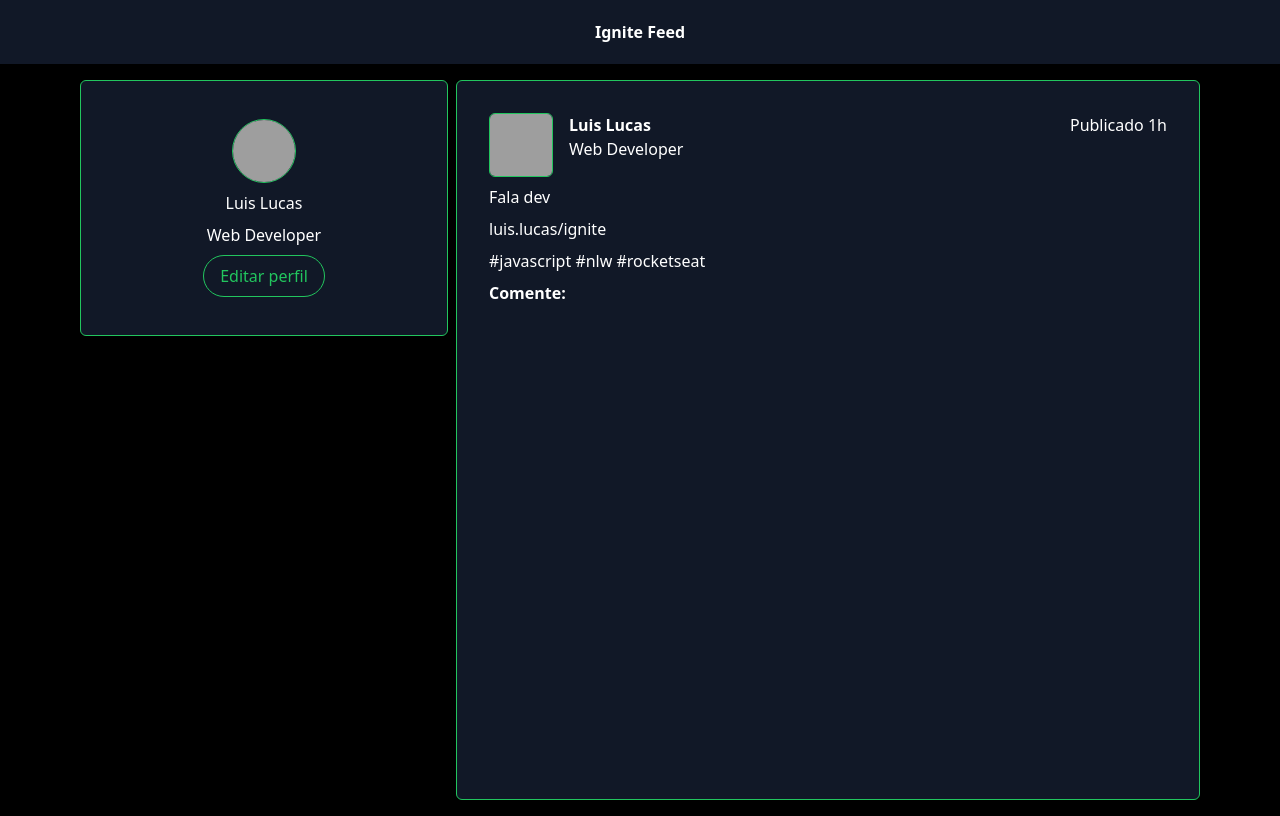
Repository: LuisSempre/ignite-feed
Page: /
The author's editor kept a copy of each file at every save. The page is drawn from the files as they stood at one save, then again after the next save.
The browser window is 1280 px wide. The pictures show the whole page.
Pictures or frames that could not be fetched are drawn as grey boxes. The project was rebuilt for these pictures with package versions that can differ from the ones it lists, and the page was loaded fresh each time. Also part of the build but not shown: vite.config.js.

Above is the page before, as saved 2022-07-13 23:23:10.

### src/App.jsx
import { Header } from "./Components/Header"
import { Sidebar } from "./Components/Sidebar"
import { Post } from "./Components/Post"
function App() {
  return (
    <div>
      <Header />
      <div className="max-w-6xl mx-auto p-4 grid grid-cols-3 gap-2 items-start">
        <Sidebar />
        <div className="col-span-2">
         <Post />
        </div>
      </div>
    </div>
  );
}

export default App;

### src/index.css
@tailwind base;
@tailwind components;
@tailwind utilities;

body {
    @apply bg-black text-white;
}

### src/Components/Header.jsx
export function Header() {
  return (
    <div className="flex items-center justify-center h-16 bg-gray-900 mx-auto w-full">
      <h1 className="font-bold bg-gray-900">Ignite Feed</h1>
    </div>
  )
}

### src/Components/Sidebar.jsx
export function Sidebar() {
  return (
    <div className="rounded-md bg-gray-900 justify-center items-center flex flex-col text-center h-64 space-y-2  border border-green-500">
        <img
          className="w-16 h-16 rounded-full overflow-hidden object-cover border border-green-500"
          src="https://avatars.githubusercontent.com/u/32404639?v=4"
          alt=""
        />
        <h1>Luis Lucas</h1>
        <span>Web Developer</span>
        <a
          href=""
          className="border border-green-500 px-4 py-2 rounded-full text-green-500"
        >
          Editar perfil
        </a>
    </div>
  );
}

### src/Components/Post.jsx
export function Post() {
  return (
    <div className=" bg-gray-900 rounded-md h-screen space-y-2 p-8 border border-green-500">
      <div className="flex justify-between ">
        <div className="flex gap-4">
          <img
            className="h-16 w-16 border border-green-500 rounded-md"
            src="https://github.com/luissempre.png"
            alt=""
          />
          <div className="flex flex-col">
            <strong>Luis Lucas </strong>
            <span>Web Developer</span>
          </div>
        </div>
        <div>
          <time dataTime="2022-05-11 08:13:00">Publicado 1h</time>
        </div>
      </div>
      <div className="space-y-2">
        <p>Fala dev</p>
        <p>luis.lucas/ignite</p>
        <p>#javascript #nlw #rocketseat</p>
      </div>

      <form>
        <strong>Comente:</strong>
      </form>
    </div>
  );
}

Loaded but not shown: index.html (common file); src/main.jsx (common file); tailwind.config.js (common file)

After the next save:
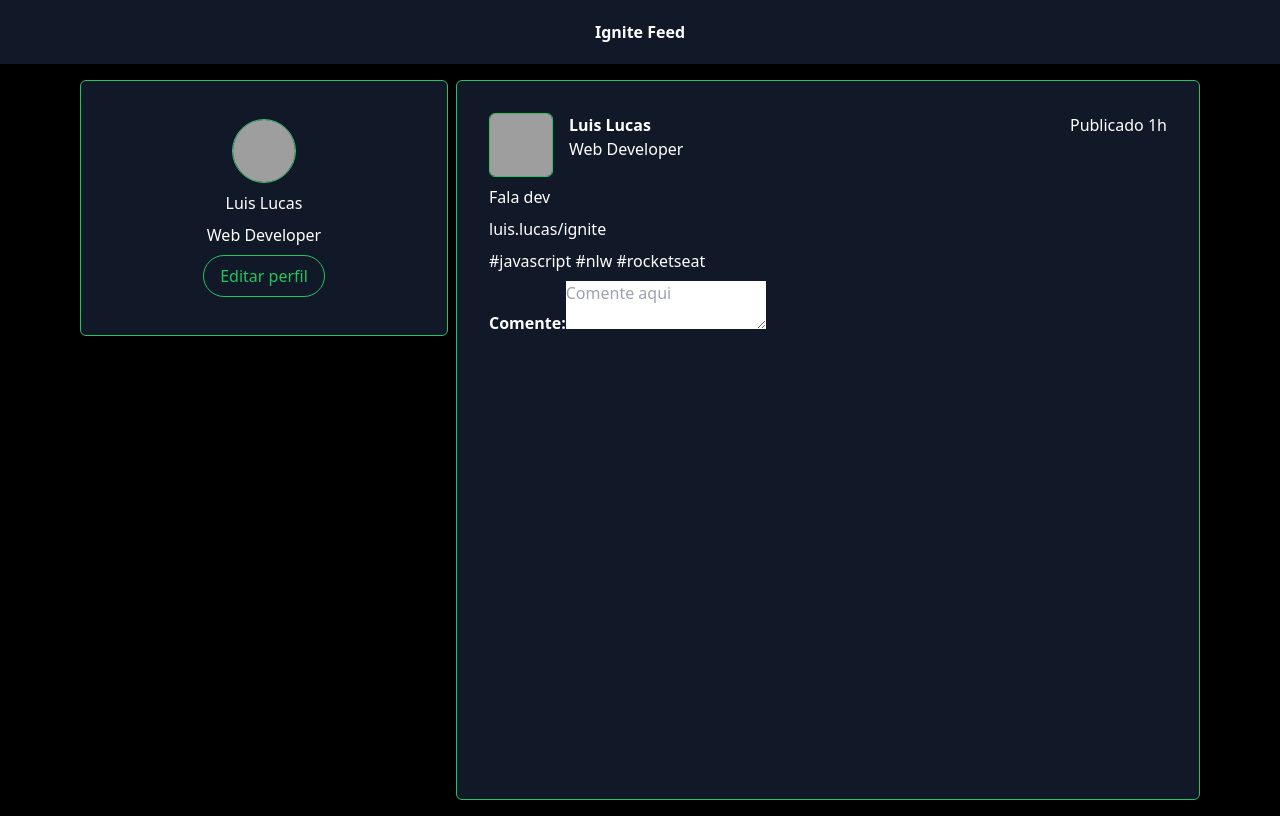
Saved 57 s later.
--- a/src/Components/Post.jsx
+++ b/src/Components/Post.jsx
@@ -25,6 +25,9 @@ export function Post() {
 
       <form>
         <strong>Comente:</strong>
+        <textarea
+            placeholder="Comente aqui"
+        />
       </form>
     </div>
   );
